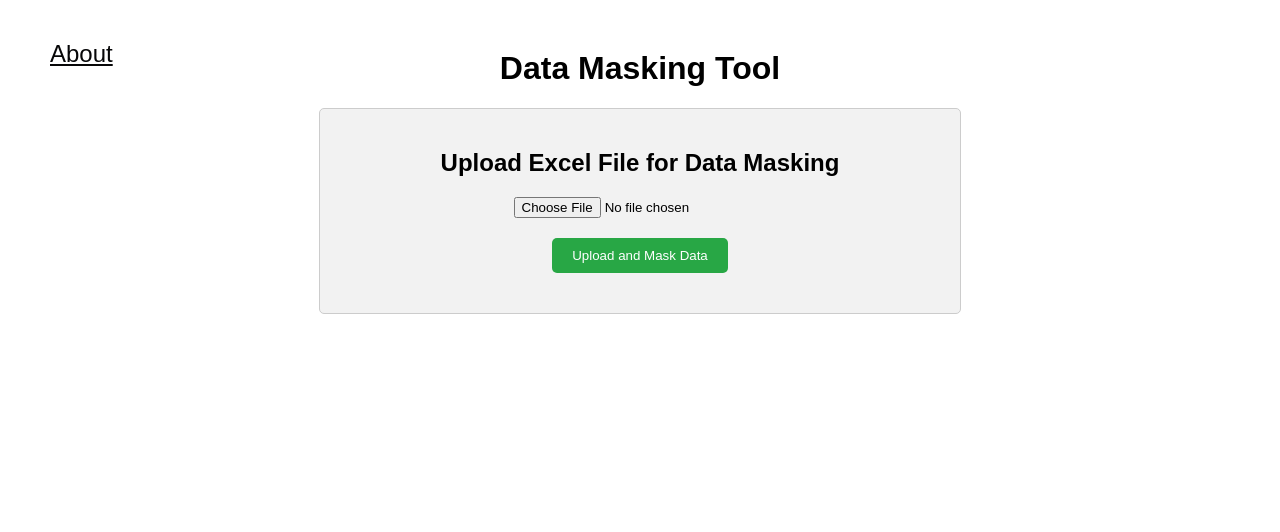
Repository: prithika12/DataMasking_Tool
Page: index.html
The author's editor kept a copy of each file at every save. The page is drawn from the files as they stood at one save, then again after the next save.
The browser window is 1280 px wide. The pictures show the whole page.

Above is the page before, as saved 2024-07-09 11:49:48.

### index.html
<!DOCTYPE html>
<html>
<head>
    <h1>Data Masking Tool</h1>
    <style>
        body {
            font-family: Arial, sans-serif;
            margin: 50px;
        }
        .container {
            max-width: 600px;
            margin: 0 auto;
            padding: 20px;
            background-color: #f2f2f2;
            border: 1px solid #ccc;
            border-radius: 5px;
        }
        h1, h2 {
            text-align: center;
        }

        input[type="file"] {
            display: block;
            margin: 20px auto;
        }
        button {
            display: block;
            margin: 20px auto;
            padding: 10px 20px;
            background-color: #28a745;
            color: white;
            border: none;
            border-radius: 5px;
            cursor: pointer;
        }
        button:hover {
            background-color: #218838;
        }
        .about-link {
            position: absolute;
            top: 20px;
            left: 20px;
            padding: 20px 30px;
        }
        .about-link a {
            color: #070708;
            font-size:x-large;
            text-decoration: underline;
        }
        .about-link a:hover {
            text-decoration: underline;
        }
    </style>
</head>
<body>
    <div class="container">
        <h2>Upload Excel File for Data Masking</h2>
        <form action="/uploader" method="post" enctype="multipart/form-data">
            <input type="file" name="file" accept=".xlsx">
            <button type="submit">Upload and Mask Data</button>
        </form>
    </div>
    <div class="about-link">
        <a href="https://github.com/prithika12/DataMasking_Tool/blob/main/README.md" target="_blank">About</a>
    </div>
</body>
</html>

After the next save:
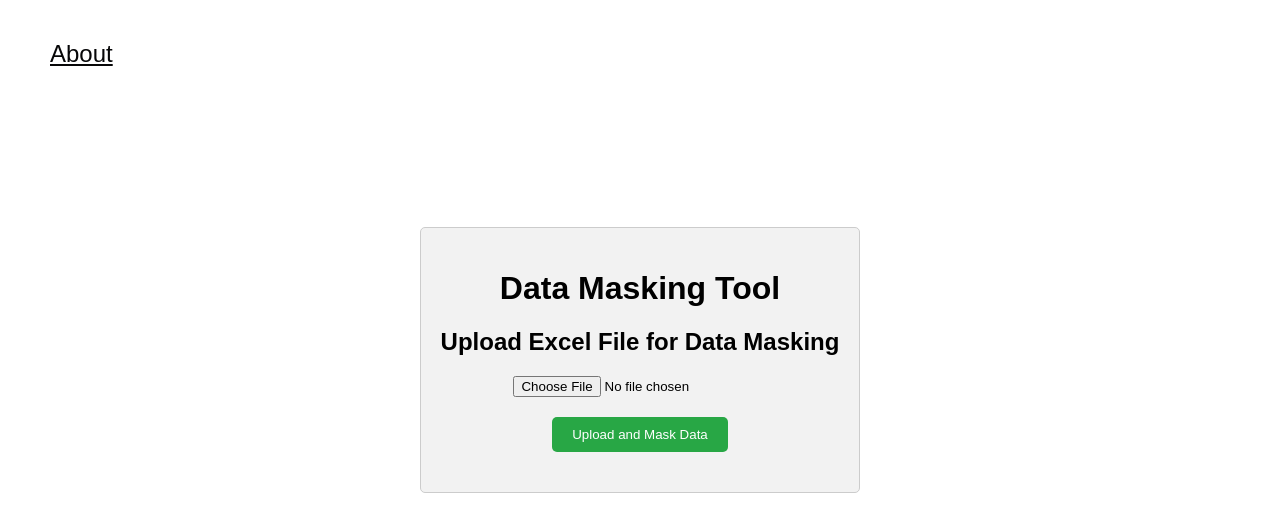
Saved 12 s later.
--- a/index.html
+++ b/index.html
@@ -1,15 +1,19 @@
 <!DOCTYPE html>
 <html>
 <head>
-    <h1>Data Masking Tool</h1>
+    <title>Data Masking Tool</title>
     <style>
         body {
             font-family: Arial, sans-serif;
-            margin: 50px;
+            margin: 0;
+            padding: 0;
+            display: flex;
+            justify-content: center; /* Center horizontally */
+            align-items: center; /* Center vertically */
+            height: 100vh; /* Full viewport height */
         }
         .container {
             max-width: 600px;
-            margin: 0 auto;
             padding: 20px;
             background-color: #f2f2f2;
             border: 1px solid #ccc;
@@ -18,7 +22,6 @@
         h1, h2 {
             text-align: center;
         }
-
         input[type="file"] {
             display: block;
             margin: 20px auto;
@@ -44,7 +47,7 @@
         }
         .about-link a {
             color: #070708;
-            font-size:x-large;
+            font-size: x-large;
             text-decoration: underline;
         }
         .about-link a:hover {
@@ -54,6 +57,7 @@
 </head>
 <body>
     <div class="container">
+        <h1>Data Masking Tool</h1>
         <h2>Upload Excel File for Data Masking</h2>
         <form action="/uploader" method="post" enctype="multipart/form-data">
             <input type="file" name="file" accept=".xlsx">
